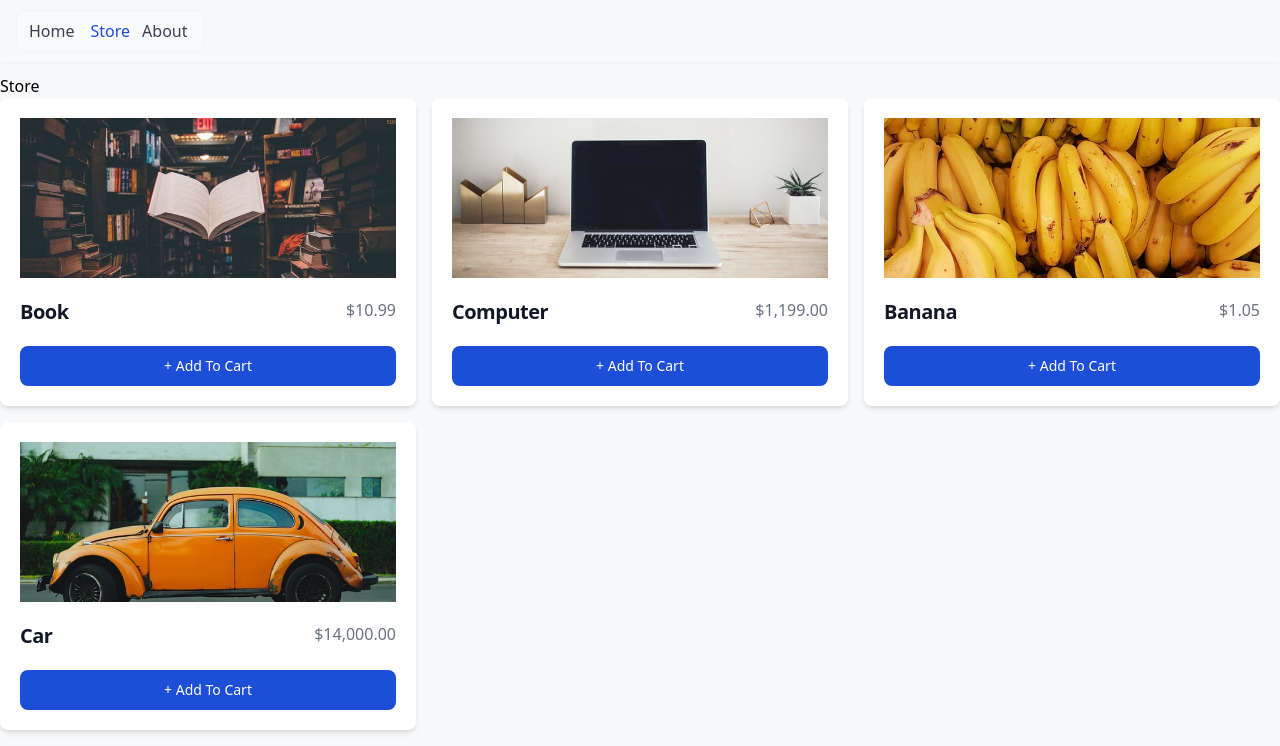
Repository: ducanhaep/react-ts-shopping-cart
Page: /store
The author's editor kept a copy of each file at every save. The page is drawn from the files as they stood at one save, then again after the next save.
The browser window is 1280 px wide. The pictures show the whole page.
The project was rebuilt for these pictures with package versions that can differ from the ones it lists, and the page was loaded fresh each time. Also part of the build but not shown: vite.config.ts, src/pages/About.js, src/pages/Home.js.

Above is the page before, as saved 2023-01-12 00:32:48.

After the next save:
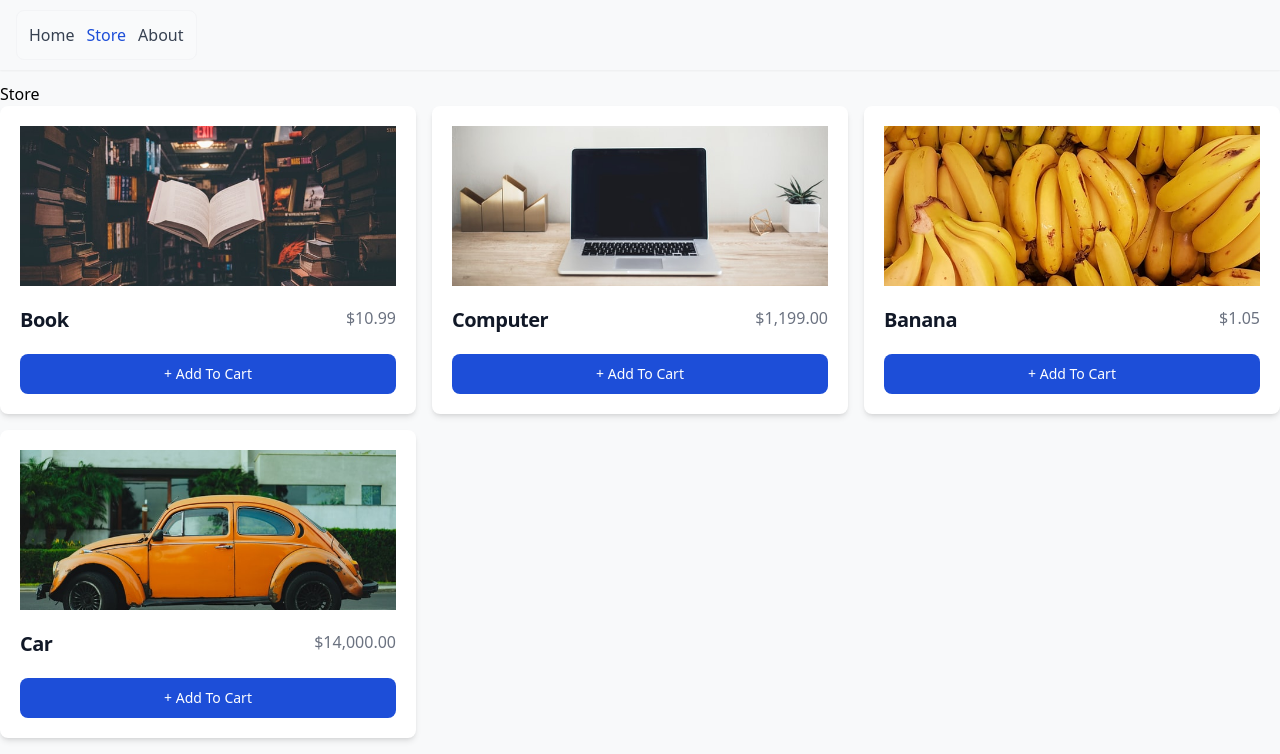
Saved 28 s later.
--- a/src/components/Navbar.tsx
+++ b/src/components/Navbar.tsx
@@ -25,7 +25,7 @@ export function Navbar() {
                 className={({ isActive }) =>
                   isActive
                     ? "text-white bg-blue-700 rounded md:bg-transparent md:text-blue-700 md:p-0 dark:text-white p-3"
-                    : "block py-2 pl-3 pr-4 text-gray-700 rounded hover:bg-gray-100 p-3"
+                    : "block text-gray-700 rounded hover:bg-gray-100 p-3"
                 }
                 aria-current="page"
               >
@@ -38,7 +38,7 @@ export function Navbar() {
                 className={({ isActive }) =>
                   isActive
                     ? "text-white bg-blue-700 rounded md:bg-transparent md:text-blue-700 md:p-0 dark:text-white p-3"
-                    : "block py-2 pl-3 pr-4 text-gray-700 rounded hover:bg-gray-100 p-3"
+                    : "block text-gray-700 rounded hover:bg-gray-100 p-3"
                 }
               >
                 Store
@@ -50,7 +50,7 @@ export function Navbar() {
                 className={({ isActive }) =>
                   isActive
                     ? "text-white bg-blue-700 rounded md:bg-transparent md:text-blue-700 md:p-0 dark:text-white p-3"
-                    : "block py-2 pl-3 pr-4 text-gray-700 rounded hover:bg-gray-100 p-3"
+                    : "block text-gray-700 rounded hover:bg-gray-100 p-3"
                 }
               >
                 About
@@ -78,7 +78,7 @@ export function Navbar() {
                   className={({ isActive }) =>
                     isActive
                       ? "text-white bg-blue-700 rounded md:bg-transparent md:text-blue-700 md:p-0 dark:text-white"
-                      : "block py-2 pl-3 pr-4 text-gray-700 rounded hover:bg-gray-100 p-3"
+                      : "block text-gray-700 rounded hover:bg-gray-100 p-3"
                   }
                   aria-current="page"
                 >
@@ -91,7 +91,7 @@ export function Navbar() {
                   className={({ isActive }) =>
                     isActive
                       ? "text-white bg-blue-700 rounded md:bg-transparent md:text-blue-700 md:p-0 dark:text-white"
-                      : "block py-2 pl-3 pr-4 text-gray-700 rounded hover:bg-gray-100 p-3"
+                      : "block text-gray-700 rounded hover:bg-gray-100 p-3"
                   }
                 >
                   Store
@@ -103,7 +103,7 @@ export function Navbar() {
                   className={({ isActive }) =>
                     isActive
                       ? "text-white bg-blue-700 rounded md:bg-transparent md:text-blue-700 md:p-0 dark:text-white"
-                      : "block py-2 pl-3 pr-4 text-gray-700 rounded hover:bg-gray-100 p-3"
+                      : "block text-gray-700 rounded hover:bg-gray-100 p-3"
                   }
                 >
                   About
